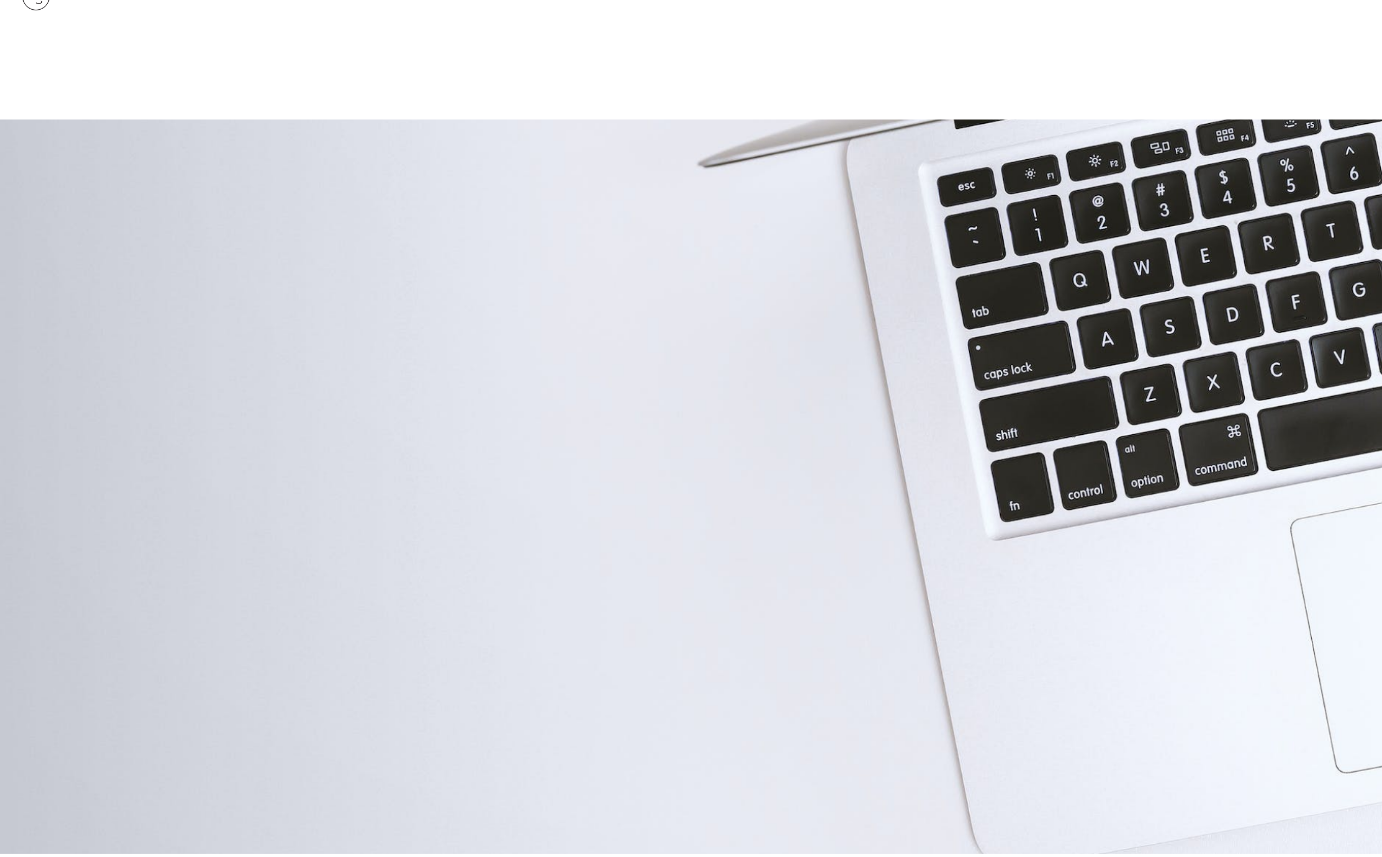
Repository: MEROO1010/Portfolio-2
Page: /
These files come from the project's save history. The page is drawn as it stood at one moment and after the next save; the edit follows.
The browser window is 1280 px wide. The page is 1920 px wide, so the pictures cover 1920 px, including what lies to the right of the window. The pictures show the whole page, at 72% of full size.
The project was rebuilt for these pictures with package versions that can differ from the ones it lists, and the page was loaded fresh each time.

Above is the page before, as saved 2023-12-16 11:05:21.

### src/App.js
import './App.css';
import Home from './components/Home';
import Navbar from './components/Navbar';

function App() {
  return (
    <div className="App">
     <Navbar/>
     <Home/>
    </div>
  );
}

export default App;

### src/components/Home.js
import React from 'react'
import HomeImage from "../images/header background.png";
import styled from "styled-components"


const Home = () => {
  return (
    <Container>
        <img src={HomeImage}alt=""/>
    </Container>
  )
}

const Container = styled.div`
 width: 100%;
`

export default Home

### src/components/Navbar.js
import React from 'react'
import styled from "styled-components"
import MYLOGO from "../images/white logo.png";

const Navbar = () => {
  return (
    <Container>
       <ul>
          <li>Home</li>
          <li>About Me</li>
          <li>Services</li>
          <li>Portfolio</li>
          <li>Contact</li>
       </ul>

       <Logo>
       <img src={MYLOGO}alt=""/>
       </Logo>
    </Container>
  )
}


const Container = styled.div `
  padding-top:40px;
  background-color:white;
  position:relative;
  bottom:80px;



  ul{
    position:relative;
   list-style-type: none;
  margin-top: 10px;
  padding-left: 20px;
  top: 8px;
  left:140px;
  overflow: hidden;
  }

  li {
    position:sticky;
    justifyContent: flex-end;
    display: flex;
    right:100px;
  float: left;
  padding-left: 20px;
  margin-left:120px;


}
li a {
  display: block;
  color: white;
  text-align: center;
  padding: 16px;
  text-decoration: none;
}

li a:hover {
  background-color: #111111;
}
`

const Logo = styled.div `
position:relative;
bottom:40px;
padding-bottom:80px;
 img{
 width:60px;
 height:60px;
 float: left;
 margin-left:20px;
 padding-bottom:20px;
 justifyContent: flex-end;

 }
`

export default Navbar

Loaded but not shown: public/index.html (common file); src/index.js (common file); src/index.css (common file); src/reportWebVitals.js (common file); src/App.css (common file)

After the next save:
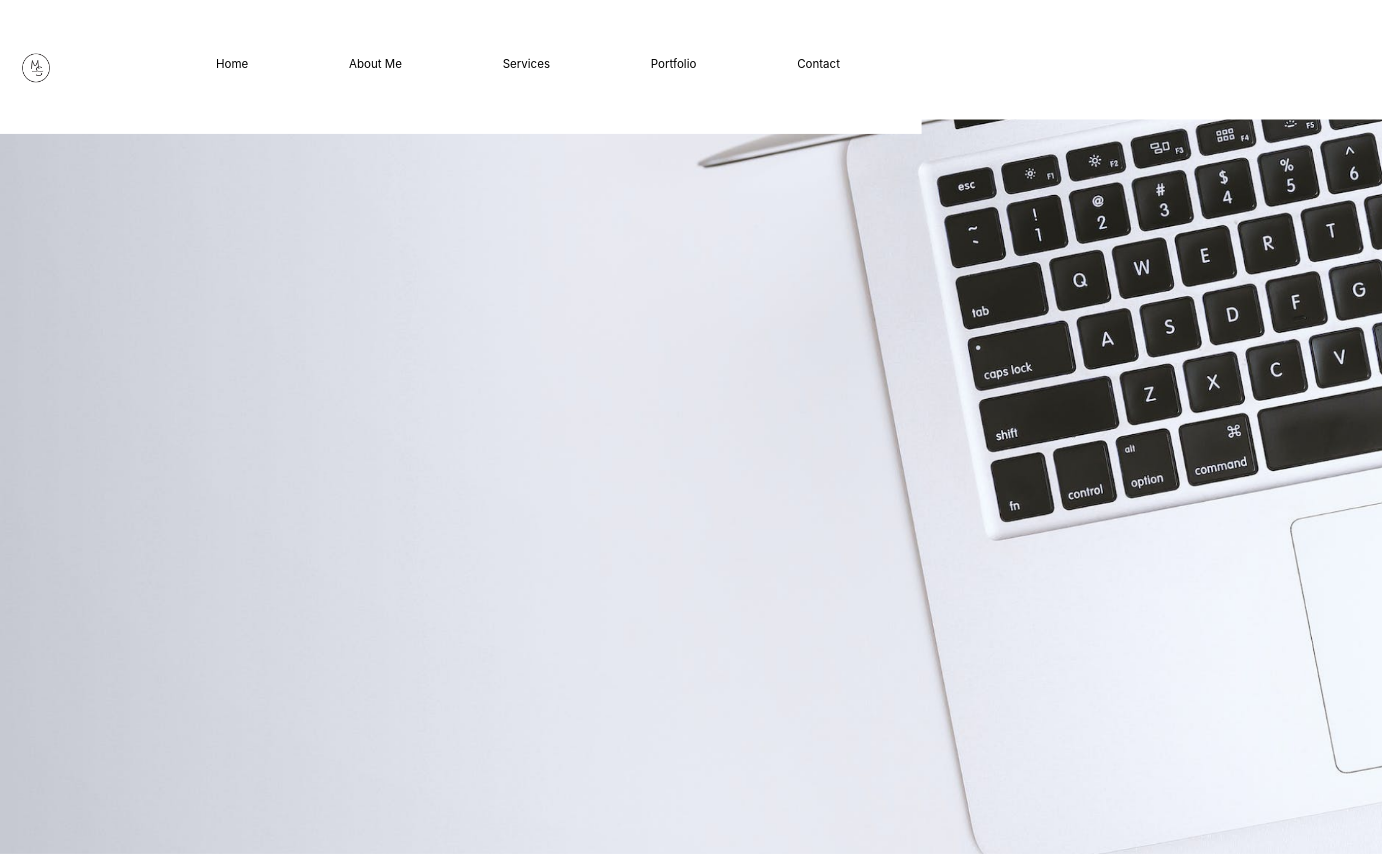
Saved 6 s later.
--- a/src/components/Navbar.js
+++ b/src/components/Navbar.js
@@ -25,7 +25,7 @@ const Container = styled.div `
   padding-top:40px;
   background-color:white;
   position:relative;
-  bottom:80px;
+  top:20px;
 
 
 
